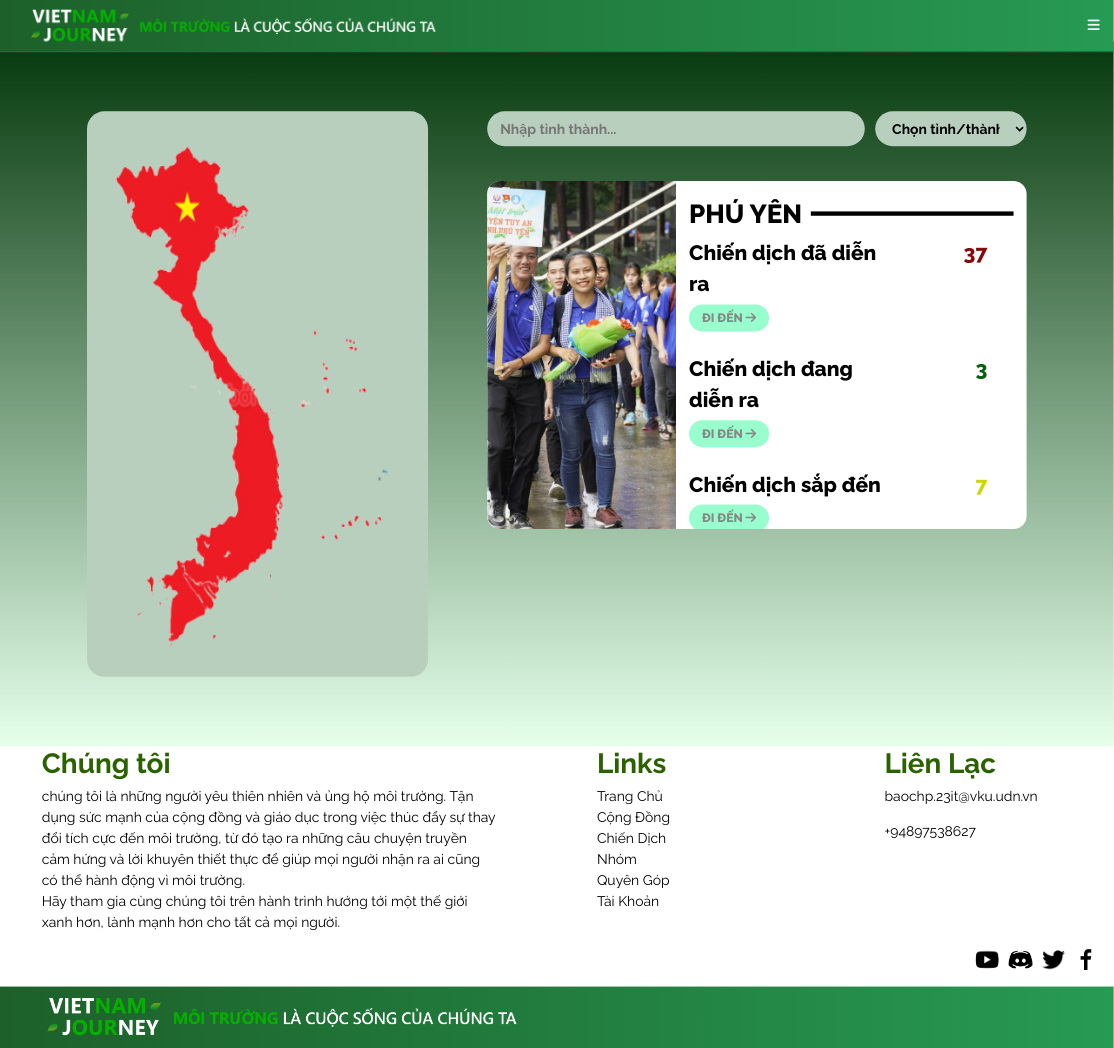
Repository: Boima12/Boima12.github.io_VietnamJourney
Page: HTML/ChienDich/ChienDich.html
These files come from the project's save history. The page is drawn as it stood at one moment and after the next save; the edit follows.
The browser window is 1280 px wide. The pictures show the whole page, at 87% of full size.

Above is the page before, as saved 2024-05-25 08:34:04.

### HTML/ChienDich/ChienDich.html
<!DOCTYPE html>
<HTML lang="en">

<HEAD>
    <TITLE>Chiến Dịch</TITLE>
    <meta charset="UTF-8">
    <meta name="viewport" content="width=device-width, initial-scale=1.0">

    <!-- Favicon -->
    <link rel="icon" type="image/x-icon" href="../../Images/yo.ico">

    <!--Bootstrap 5-->
    <link href="https://cdn.jsdelivr.net/npm/bootstrap@5.3.3/dist/css/bootstrap.min.css" rel="stylesheet">
    <script src="https://cdn.jsdelivr.net/npm/bootstrap@5.3.3/dist/js/bootstrap.bundle.min.js"></script>
    <!-- <link rel="stylesheet" href="https://cdn.jsdelivr.net/npm/bootstrap@4.6.2/dist/css/bootstrap.min.css" integrity="sha384-xOolHFLEh07PJGoPkLv1IbcEPTNtaed2xpHsD9ESMhqIYd0nLMwNLD69Npy4HI+N" crossorigin="anonymous"> -->
    <!-- Font Awesome -->
    <link rel="stylesheet" href="https://cdnjs.cloudflare.com/ajax/libs/font-awesome/6.5.1/css/all.min.css">

    <!-- CSS -->
    <link rel="stylesheet" href="ChienDich.css">
</HEAD>



<BODY style="background-color: #FFF4E6;">

    <!-- header là Navigation bar -->
    <header id="header1">
        <div class="logo">
            <img class="logo1" src="../../Images/header1.png" onclick="navToIntro()" style="height: 40px;">
            <img class="logo2" src="../../Images/header2.png" onclick="navToIntro()">
        </div>

        <div class="links">
            <nav>
                <a href="../TrangChu/TrangChu.html">TRANG CHỦ</a>
                <a href="../CongDong/CongDong.html">CỘNG ĐỒNG</a>
                <a href="../ChienDich/ChienDich.html">CHIẾN DỊCH</a>
                <a href="../Nhom/Nhom.html">NHÓM</a>
                <a href="../QuyenGop/QuyenGop.html">QUYÊN GÓP</a>
                <a href="../TaiKhoan/TaiKhoan.html">TÀI KHOẢN</a>
            </nav>
        </div>

        <div class="bar" onclick="MenuBar()">
            <i class="fa-solid fa-bars"></i>
        </div>

        <div id="overlay"></div>

        <div id="sidebar">
            <div class="sidebar-content">

                <div style="color: aliceblue;text-align: right;margin-top:0;" onclick="CloseBar()"><i
                        class="fa-solid fa-bars"></i></div>

                <!-- <p>VỀ CHÚNG TÔI <i class="fa-regular fa-address-card"></i></p> -->
                <a href="../TrangChu/TrangChu.html">TRANG CHỦ <i class="fa-solid fa-house"></i></a>
                <a href="../CongDong/CongDong.html">CỘNG ĐỒNG <i class="fa-solid fa-earth-americas"></i></a>
                <a href="../ChienDich/ChienDich.html">CHIẾN DỊCH <i class="fa-solid fa-fire"></i></a>
                <a href="../Nhom/Nhom.html">NHÓM <i class="fa-solid fa-people-group"></i></a>
                <a href="../QuyenGop/QuyenGop.html">QUYÊN GÓP <i class="fa-solid fa-hand-holding-dollar"></i></a>
                <a href="../TaiKhoan/TaiKhoan.html">TÀI KHOẢN <i class="fa-solid fa-user"></i></a>
            </div>

        </div>

    </header>
    <div style="height: 3rem;"></div> <!-- Cách một khoảng cho navigation bar -->















<!-- LÀM Ở ĐÂY -->
    <div class="section-one">
        <div class="container">
            <div class="row">
                <div class="col-xl-5  col-lg-5 col-md-12 col-sm-12 col-12">
                    <div class="map">
                        <img src="./images/bando.png" alt="bản đồ việt nam">
                    </div>
                </div>
                <div class="col-xl-7 col-lg-7 col-md-12 col-sm-12 col-12">
                    <div class="right">
                        <div class="search">
                            <input type="search" class="inner-search" placeholder="Nhập tỉnh thành...">
                            <select id="province" name="province" required>
                                <option value="" selected disabled>Chọn tỉnh/thành</option>
                            </select>
                        </div>
                        <div class="content">
                            <img src="./images/anh1.jpg" alt="">
                            <div class="inner-content">
                                <div class="inner-title">
                                    <div class="inner-text">PHÚ YÊN</div>
                                    <div class="inner-line"></div>
                                </div>
                                <div class="part">
                                    <div class="inner-content">
                                        <div class="inner-title">Chiến dịch đã diễn ra</div>
                                        <div class="inner-button">ĐI ĐẾN <i class="fa-solid fa-arrow-right"></i></div>
                                    </div>
                                    <div class="inner-count red">37</div>
                                </div>
                                <div class="part">
                                    <div class="inner-content">
                                        <div class="inner-title">Chiến dịch đang diễn ra</div>
                                        <div class="inner-button">ĐI ĐẾN <i class="fa-solid fa-arrow-right"></i></div>
                                    </div>
                                    <div class="inner-count green">3</div>
                                </div>
                                <div class="part">
                                    <div class="inner-content">
                                        <div class="inner-title">Chiến dịch sắp đến</div>
                                        <div class="inner-button">ĐI ĐẾN <i class="fa-solid fa-arrow-right"></i></div>
                                    </div>
                                    <div class="inner-count yellow">7</div>
                                </div>
                            </div>
                        </div>
                    </div>
                </div>
            </div>
        </div>
    </div>















    <footer>
        <div class="up">
            <div id="about">
                <h2>Chúng tôi</h2>
                <p>chúng tôi là những người yêu thiên nhiên và ủng hộ môi trường. Tận dụng sức mạnh của cộng đồng và giáo dục trong việc thúc đẩy sự thay đổi tích cực đến môi trường, từ đó tạo ra những câu chuyện truyền cảm hứng và lời khuyên thiết thực để giúp mọi người nhận ra ai cũng có thể hành động vì môi trường.<br>
                    Hãy tham gia cùng chúng tôi trên hành trình hướng tới một thế giới xanh hơn, lành mạnh hơn cho tất cả mọi người.
                </p>
            </div>

            <div id="quickLinks">
                <h2>Links</h2>
                <a href="../../HTML/TrangChu/TrangChu.html">Trang Chủ</a>
                <a href="../../HTML/CongDong/CongDong.html">Cộng Đồng</a>
                <a href="../../HTML/ChienDich/ChienDich.html">Chiến Dịch</a>
                <a href="../../HTML/Nhom/Nhom.html">Nhóm</a>
                <a href="../../HTML/QuyenGop/QuyenGop.html">Quyên Góp</a>
                <a href="../../HTML/TaiKhoan/TaiKhoan.html">Tài Khoản</a>
            </div>

            <div id="contacts">
                <h2>Liên Lạc</h2>
                <p>baochp.23it@vku.udn.vn</p>
                <p>+94897538627</p>
            </div>
        </div>


        <div class="mid">
            <a href="https://www.youtube.com/channel/UC1cpkfqLNp6I1HgNy2MUhUg"><img src="../../Images/youtube_icon.png"></a>
            <a href="https://discord.com/invite/45fkbZcj"><img src="../../Images/discord_icon.png"></a>
            <a href="https://x.com/dog_rates"><img src="../../Images/twitter_icon.png"></a>
            <a href="https://web.facebook.com/vku.udn.vn/?_rdc=1&_rdr"><img src="../../Images/facebook_icon.png"></a>
        </div>


        <div class="bot">
            <img class="logo1" src="../../Images/header1.png">
            <img class="logo2" src="../../Images/header2.png">
        </div>
    </footer>


    <!-- JavaScript -->
    <script src="../../Script/ChienDich.js"></script>
    <noscript>Your Browser doesn't support JavaScript</noscript>

</BODY>

</HTML>

### HTML/ChienDich/ChienDich.css
/* IMPORTING */
@font-face {
    font-family: Raleway;
    src: url("../../Fonts/Raleway-VariableFont_wght.ttf");
}

/* END IMPORTING */

/*BASE*/
* {
    box-sizing: border-box;
}

:root {
    --color-bg: #05390C;
    --color-green: #00FF0A;
    --color-text: #000000;
    --color-desc: #868686;
  }

body {
    color: var(--color-text);
}

.container {
    max-width: 100%;
    padding-left: 100px;
    padding-right: 100px;
}

/*BASE*/

/* Loại bỏ margin - padding global */
* {
    margin: 0px;
    padding: 0px;
}


/* global font */
* {
    font-family: Raleway;
}



/* NAVIGATION BAR */
header {
    display: flex;
    align-items: center;
    justify-content: space-between;
    position: fixed;
    width: 100%;
    height: 60px;
    border-bottom: 1.5px solid rgb(97, 94, 94);
    background: linear-gradient(to right, rgb(29, 96, 42), rgb(39, 154, 83));
    z-index: 999;
}


header div.logo img {
    width: auto;
    height: 2.9rem;
    /* margin-left: 3rem; */
}

header div.logo img.logo1 {
    display: block;
    padding-left: 10px;
    margin: 20px;
}

header div.logo img.logo2 {
    display: none;
}


header div.links nav {
    display: flex;
    justify-content: space-around;
    width: 100%;
}


header div.links nav a {
    margin: 0;
    padding: 0 1rem;

    cursor: pointer;

    text-decoration: none;
    color: white;
    font-size: 16px;
    font-weight: 600;
}


header div.links nav a:hover {
    color: #b8e994;
}


header div.bar {
    display: none;
    margin-right: 1rem;

    color: aliceblue;
    text-align: right;
}


header #overlay {
    display: none;
    position: fixed;

    top: 0;
    left: 0;
    width: 100%;
    height: 100%;

    background-color: rgba(0, 0, 0, 0.8);

    z-index: 9999;
}


header #sidebar {
    display: flex;
    justify-content: flex-end;
    float: right;

    position: fixed;

    top: 0;
    right: -20%;
    width: 20%;
    height: 100%;
    border: none;
    overflow: hidden;

    background: linear-gradient(to top, rgb(37, 79, 46), rgb(53, 189, 105));

    transition: right 0.3s ease-in-out;
    z-index: 10000;

}


header #sidebar.open {
    right: 0;
}


header #sidebar div.sidebar-content {
    display: flex;
    flex-direction: column;
    overflow-y: auto;
    overflow-x: hidden;
    padding: 1.5rem;
    width: 100%;
}


header #sidebar div.sidebar-content a {
    text-align: right;
    text-decoration: none;
    font-size: 1.2rem;

    color: aliceblue;
    margin-top: 1.5rem;

    margin-right: 0;
}


header #sidebar div.sidebar-content a:hover {
    color: #b8e994;
}


header #sidebar div.sidebar-content i {
    font-size: smaller;
}

/* END NAVIGATION BAR */

/* SECTION-ONE */
.section-one {
    background-image: linear-gradient(to bottom, #05390C, #E5FFEB);
    padding-top: 80px;
    padding-bottom: 80px;
}

.map {
    width: 90%;
    position: relative;
    border-radius: 20px;
    max-width: 100%;
    overflow: hidden;
    height: 650px;
    object-fit: cover;
    background-color: #b9cfbe ;
}

.map img {
    width: 100%;
    height: 100%;
}

.right {
    height: 500px;
}

.right .search {
    height: 40px;
    margin-bottom: 40px;
    display: flex;
    justify-content: space-between;
}

.right .search .inner-search {
    background-color: #B9CFBE;
    height: 100%;
    width: 70%;
    border-radius: 40px;
    border: none;
    padding: 5px 15px 5px 15px;
    font-size: 16px;
    font-weight: 700;
}

.right .search #province {
    background-color: #B9CFBE;
    height: 100%;
    width: 28%;
    border-radius: 40px;
    border: none;
    padding: 5px 15px 5px 15px;
    font-size: 16px;
    font-weight: 700;
}

.right .content {
    display: flex;
    border-radius: 15px;
    overflow: hidden;
    height: 400px;
    background-color: white;
}

.right .content img {
    width: 35%;
    height: auto;
    object-fit: cover;
}

.right .content .inner-content {
    width: 65%;
    padding: 15px;
}

.right .content .inner-content .inner-title {
    width: 100%;
    font-size: 30px;
    font-weight: 800;
    display: flex;
    align-items: center;
    margin-bottom: 5px;
}

.right .content .inner-content .inner-title .inner-text {
    display: inline-block;
}

.right .content .inner-content .inner-title .inner-line {
    flex-grow: 1;
    position: relative;
    height: 5px;
    background-color: #000000;
    line-height: 100%;
    margin-left: 10px;
}

.right .content .inner-content .part {
    width: 100%;
    display: flex;
    justify-content: space-between;
    margin-bottom: 25px;
}

.right .content .inner-content .part .inner-content {
    padding: 0;
}

.right .content .inner-content .part .inner-content .inner-title{
    font-size: 24px;
}

.right .content .inner-content .part .inner-content .inner-button {
    font-size: 14px;
    font-weight: 800;
    color: var(--color-desc);
    background-color: #98FECD;
    display: inline-block;
    padding: 5px 15px 5px 15px;
    border-radius: 20px;
}

.right .content .inner-content .part .inner-count {
    font-size: 24px;
    font-weight: 800;
    text-align: center;
    margin-right: 30px;
}

.right .content .inner-content .part .red {
    color: #880707;
}

.right .content .inner-content .part .green {
    color: #086214;
}

.right .content .inner-content .part .yellow {
    color: #c9d705;
}

/* END SECTION-ONE */











































/* Code CSS ở đây */






































/* FOOTER */
footer div.up {
    display: flex;
    justify-content: space-around;
    gap: 1.2rem;
    width: 100%;

    background-color: white;

}


footer div.up h2 {
    font-weight: bold;
    color: #2B6200;
}


footer div.up #about {
    display: flex;
    flex-direction: column;
    justify-content: flex-start;

    width: 50%;
    padding-left: 3rem;
    padding-right: 3rem;
}


footer div.up #quickLinks {
    display: flex;
    flex-direction: column;
    justify-content: flex-start;

    width: 25%;
    padding-left: 3rem;
    padding-right: 3rem;
}


footer div.up #quickLinks a {
    text-decoration: none;
    color: black;
}


footer div.up #contacts {
    display: flex;
    flex-direction: column;
    justify-content: flex-start;

    width: 25%;
    padding-left: 3rem;
    padding-right: 3rem;
}


footer div.mid {
    display: flex;
    justify-content: flex-end;
    gap: 0.5rem;

    width: 100%;
    padding-right: 1rem;
    padding-bottom: 1rem;
    background-color: white;
}


footer div.mid a img {
    width: 30px;
    height: 30px;
}


footer div.bot {
    display: flex;
    justify-content: flex-start;

    padding-left: 3rem;
    padding-top: 0.75rem;
    padding-bottom: 0.75rem;
    width: 100%;

    background: linear-gradient(to right, rgb(29, 96, 42), rgb(39, 154, 83));
}


footer div.bot img {
    width: auto;
    height: 2.9rem;
}


footer div.bot img.logo1 {
    display: block;
}


footer div.bot img.logo2 {
    display: none;
}


/* END FOOTER */













/* RESPONSIVE DESIGN */
@media (max-width: 1380px) {
    header div.links nav a {
        display: none;
    }

    header div.bar  {
        display: block;
    }

    header #sidebar {
        right: -30%;
        width: 30%;
    }
}


@media (max-width: 950px) {
    footer div.up {
        flex-direction: column;
    }

    footer div.up #about {
        width: 100%;
    }

    footer div.up #quickLinks {
        width: 100%;
    }

    footer div.up #contacts {
        width: 100%;
    }
}


@media (max-width: 630px) {
    header {
        height: 3.5rem;
    }

    header div.logo img.logo1 {
        display: none;
    }

    header div.logo img.logo2 {
        display: block;
    }

    header div.logo img {
        width: auto;
        height: 3.5rem;
        margin-left: 14rem;
    }

    header #sidebar {
        right: -50%;
        width: 50%;
    }

    footer div.bot {
        justify-content: center;
        padding-left: 0rem;
    }

    footer div.bot img {
        height: 3.5rem;
    }

    footer div.bot img.logo1 {
        display: none;
    }

    footer div.bot img.logo2 {
        display: block;
    }
}


@media (max-width: 560px) {
    header div.logo img {
        margin-left: 8rem;
    }

    header #sidebar {
        right: -60%;
        width: 60%;
    }
}


@media (max-width: 320px) {
    header div.logo img {
        margin-left: 5rem;
    }
}

/* END RESPONSIVE DESIGN */

### Script/ChienDich.js
// header menu bar
const overlay = document.getElementById('overlay');
const sidebar = document.getElementById('sidebar');

function MenuBar() {
    overlay.style.display = 'block';
    sidebar.classList.add('open');
}

function CloseBar() {
    overlay.style.display = 'none';
    sidebar.classList.remove('open');
}


// back to intro when click the logo
function navToIntro() {
    window.location.href = '../../index.html';
}


// navigation bar background transparency
// const header = document.getElementById('header1');
// function toggle_header() {
//     if (window.screenY == 0) {
//         header.style.background = 'linear-gradient(to right, rgba(29, 96, 42, 0), rgba(39, 154, 83, 0))';
//     } else if (window.screenY < 210) {
//         header.style.background = 'linear-gradient(to right, rgba(29, 96, 42, ' + parseInt(window.scrollY)*2 / 300 + '), rgba(39, 154, 83, ' + parseInt(window.scrollY)*2 / 300 + '))';
//     } else {
//         header.style.background = 'linear-gradient(to right, rgba(29, 96, 42, 0.7), rgba(39, 154, 83, 0.7))';
//     }
// }

// window.addEventListener('scroll', toggle_header);


const provinces = [
    "An Giang", "Bà Rịa - Vũng Tàu", "Bắc Giang", "Bắc Kạn", "Bạc Liêu",
    "Bắc Ninh", "Bến Tre", "Bình Định", "Bình Dương", "Bình Phước",
    "Bình Thuận", "Cà Mau", "Cần Thơ", "Cao Bằng", "Đà Nẵng",
    "Đắk Lắk", "Đắk Nông", "Điện Biên", "Đồng Nai", "Đồng Tháp",
    "Gia Lai", "Hà Giang", "Hà Nam", "Hà Nội", "Hà Tĩnh",
    "Hải Dương", "Hải Phòng", "Hậu Giang", "Hòa Bình", "Hưng Yên",
    "Khánh Hòa", "Kiên Giang", "Kon Tum", "Lai Châu", "Lâm Đồng",
    "Lạng Sơn", "Lào Cai", "Long An", "Nam Định", "Nghệ An",
    "Ninh Bình", "Ninh Thuận", "Phú Thọ", "Phú Yên", "Quảng Bình",
    "Quảng Nam", "Quảng Ngãi", "Quảng Ninh", "Quảng Trị", "Sóc Trăng",
    "Sơn La", "Tây Ninh", "Thái Bình", "Thái Nguyên", "Thanh Hóa",
    "Thừa Thiên Huế", "Tiền Giang", "TP Hồ Chí Minh", "Trà Vinh",
    "Tuyên Quang", "Vĩnh Long", "Vĩnh Phúc", "Yên Bái"
];

const select = document.getElementById('province');

provinces.forEach(province => {
    const option = document.createElement('option');
    option.value = province;
    option.textContent = province;
    select.appendChild(option);
});

After the next save:
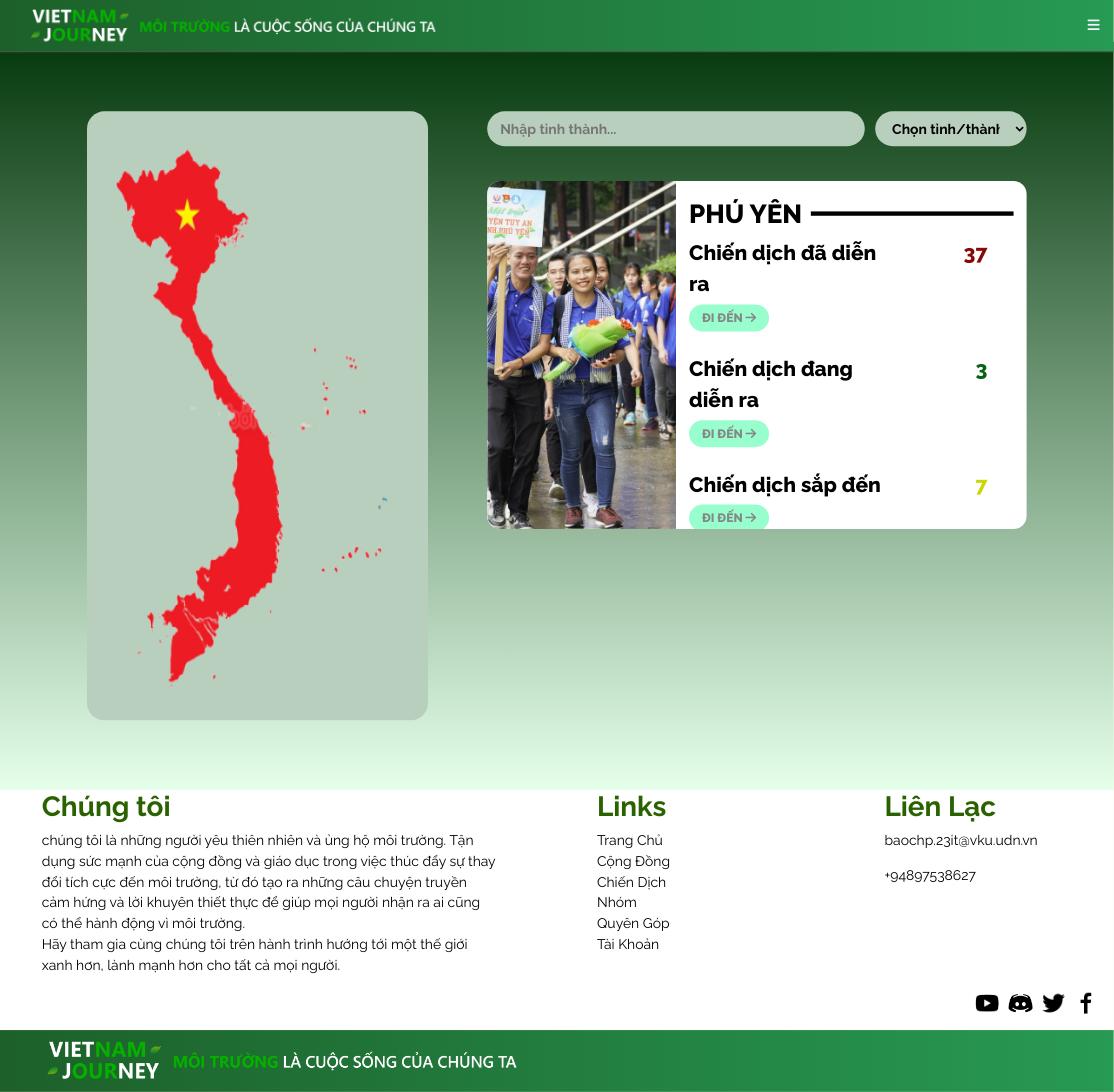
Saved 32 s later.
--- a/HTML/ChienDich/ChienDich.css
+++ b/HTML/ChienDich/ChienDich.css
@@ -197,7 +197,7 @@ header #sidebar div.sidebar-content i {
     border-radius: 20px;
     max-width: 100%;
     overflow: hidden;
-    height: 650px;
+    height: 700px;
     object-fit: cover;
     background-color: #b9cfbe ;
 }
